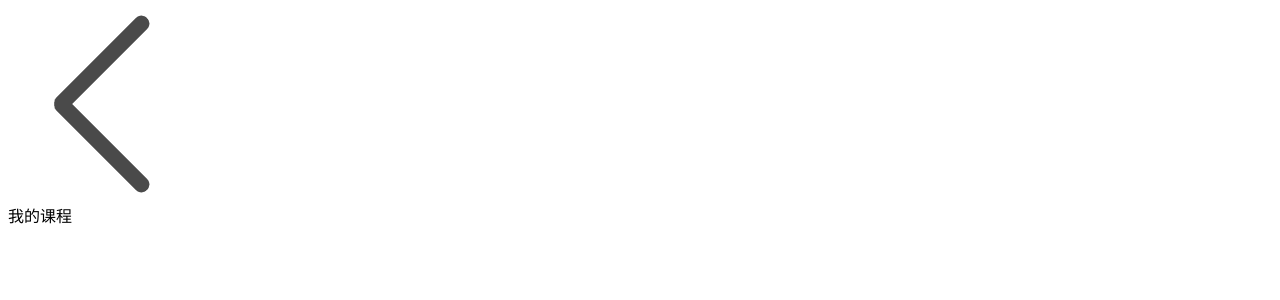
Repository: Cecilia1012/Course-selection-system
Page: http://localhost/SelectClass/myclass.jsp
The author's editor kept a copy of each file at every save. The page is drawn from the files as they stood at one save, then again after the next save.
The browser window is 1280 px wide. The pictures show the whole page.
The page is served by Tomcat 9.

Above is the page before, as saved 2020-06-08 12:01:51.

After the next save:
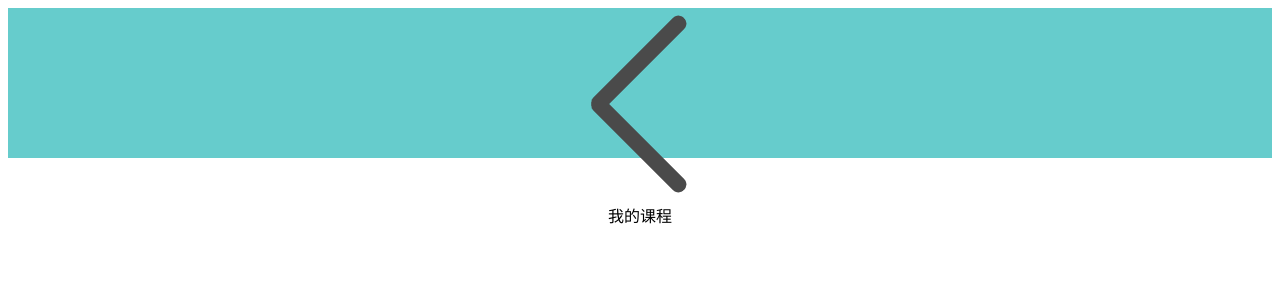
Saved 4 min 29 s later.
--- a/SelectClass/WebContent/myclass.jsp
+++ b/SelectClass/WebContent/myclass.jsp
@@ -6,8 +6,17 @@
 <!DOCTYPE html>
 <html>
 <head>
-	<meta charset="UTF-8">
-	<title>课程管理平台</title>
+<meta charset="UTF-8">
+<title>课程管理平台</title>
+<style type="text/css">
+	#head {
+	   height: 150px;
+	   width: 100%;
+	   background-color: #66CCCC;
+	   text-align: center;
+	   position: relative;
+	}
+</style>
 </head>
 <body>
 	<div class="header" id="head">
